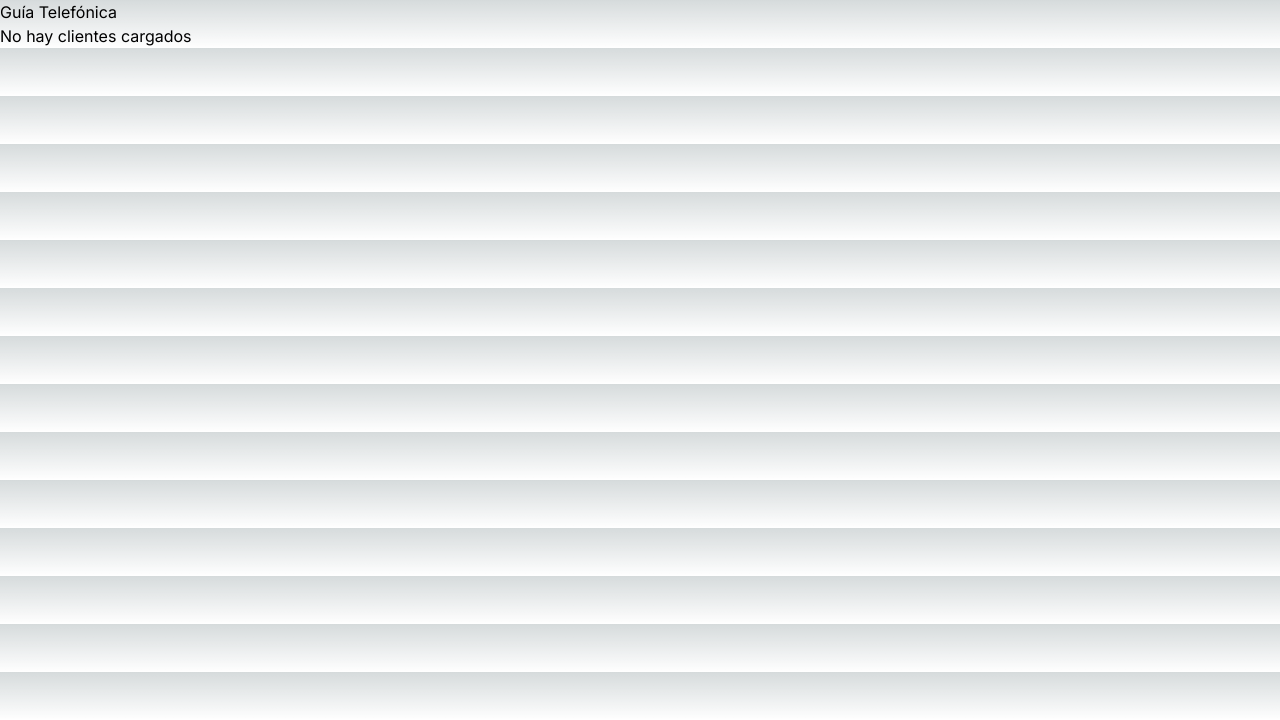
Repository: joanmr87/podlesh-nextjs
Page: /
An editor plug-in stored every save of this project. The page is shown before and after the next save, followed by the edit.
The browser window is 1280 px wide. The pictures show the whole page.
The project was rebuilt for these pictures with package versions that can differ from the ones it lists, and the page was loaded fresh each time. The framework's server and built-in components were replaced by stand-ins that run in the browser. Also part of the build but not shown: next.config.js, components/ClientList.tsx, components/NotificationButton.tsx.

Above is the page before, as saved 2023-08-07 15:09:31.

After the next save:
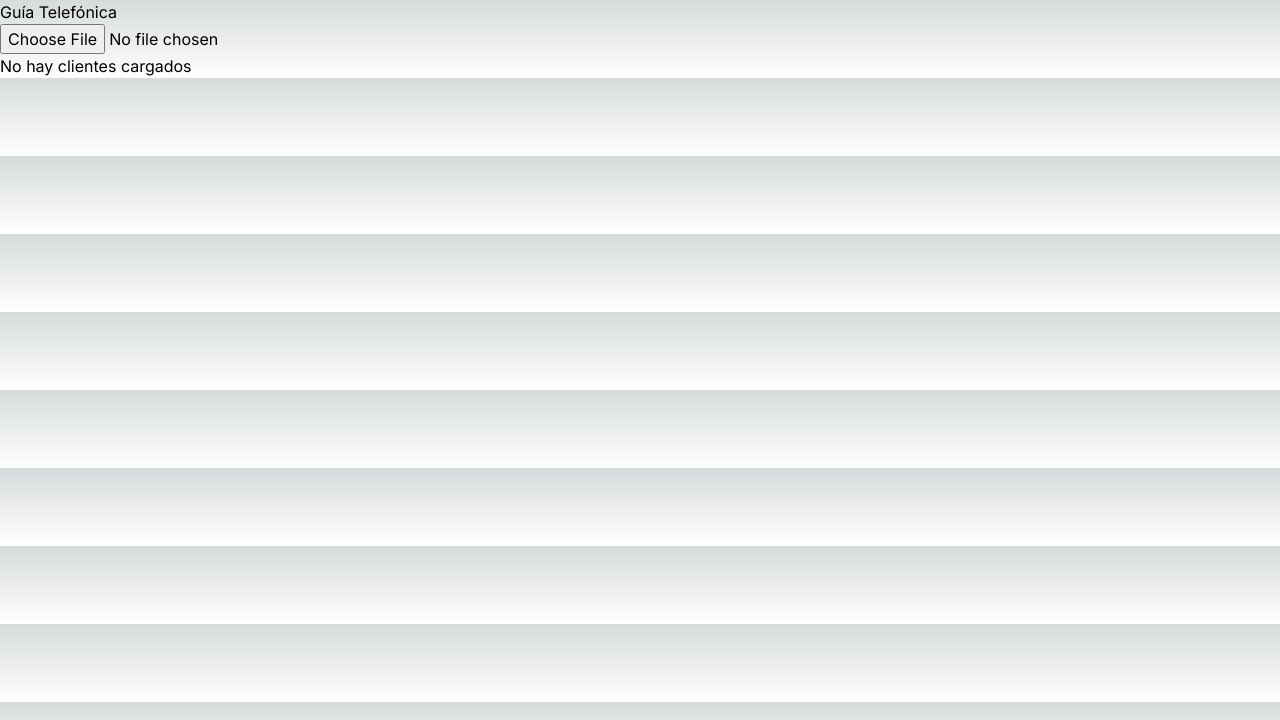
Saved 28 s later.
--- a/components/FileUploader.tsx
+++ b/components/FileUploader.tsx
@@ -1,11 +1,11 @@
 function FileUploader({ onFileSelected }) {
-    function FileUploader({ onFileSelected }) {
+
         return (
           <div>
             <input type="file" accept=".xlsx, .csv" onChange={onFileSelected} />
           </div>
         );
-      }
+
 
   }
 
